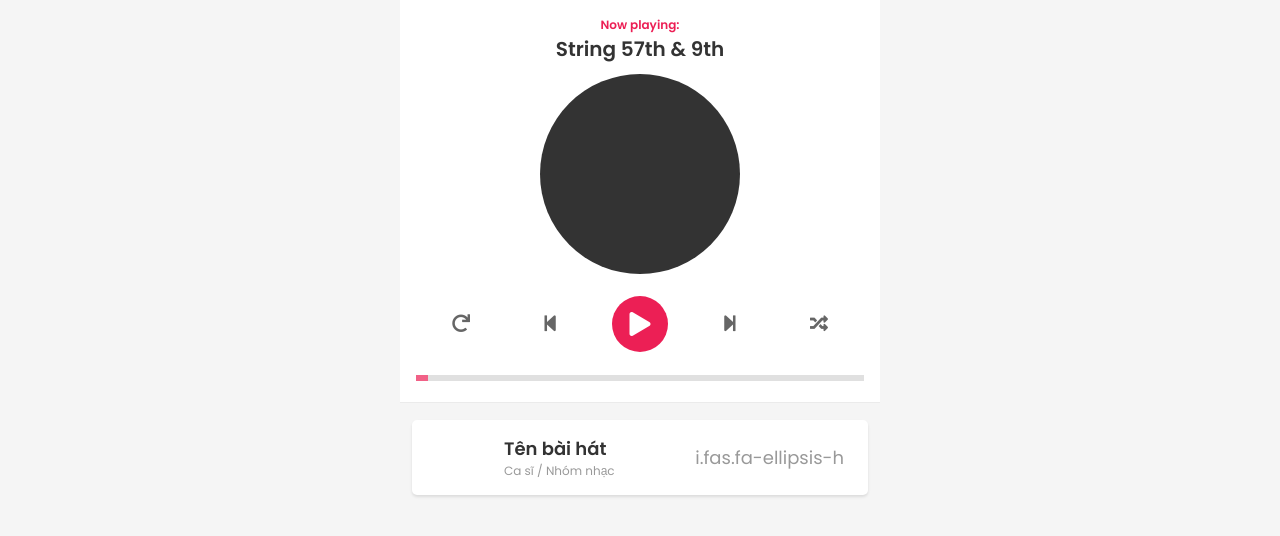
Repository: ChiNg22nd04/MusicPlayer
Page: index.html
An editor plug-in stored every save of this project. The page is shown before and after the next save, followed by the edit.
The browser window is 1280 px wide. The pictures show the whole page.

Above is the page before, as saved 2023-12-26 17:04:34.

### index.html
<!DOCTYPE html>
<html lang="en">
<head>
    <meta charset="UTF-8">
    <meta name="viewport" content="width=device-width, initial-scale=1.0">
    <title>Music player</title>
    <link rel="stylesheet" href="https://cdnjs.cloudflare.com/ajax/libs/font-awesome/5.15.2/css/all.min.css" integrity="sha512-HK5fgLBL+xu6dm/Ii3z4xhlSUyZgTT9tuc/hSrtw6uzJOvgRr2a9jyxxT1ely+B+xFAmJKVSTbpM/CuL7qxO8w==" crossorigin="anonymous" />
    <link rel="preconnect" href="https://fonts.gstatic.com">
    <link href="https://fonts.googleapis.com/css2?family=Poppins:wght@300;400;600&display=swap" rel="stylesheet">
    <link rel="stylesheet" href="./assets/css/style.css">
</head>
<body>


<div class="player">
  <!-- Dashboard -->
  <div class="dashboard">
    <!-- Header -->
    <header>
      <h4>Now playing:</h4>
      <h2>String 57th & 9th</h2>
    </header>

    <!-- CD -->
    <div class="cd">
      <div class="cd-thumb">
      </div>
    </div>

    <!-- Control -->
    <div class="control">
      <div class="btn btn-repeat">
        <i class="fas fa-redo"></i>
      </div>
      <div class="btn btn-prev">
        <i class="fas fa-step-backward"></i>
      </div>
      <div class="btn btn-toggle-play">
        <i classa="fas fa-pause icon-pause"></i>
        <i class="fas fa-play icon-play"></i>
      </div>
      <div class="btn btn-next">
        <i class="fas fa-step-forward"></i>
      </div>
      <div class="btn btn-random">
        <i class="fas fa-random"></i>
      </div>
    </div>

    <input id="progress" class="progress" type="range" value="0" step="1" min="0" max="100">

    <audio id="audio" src=""></audio>
  </div>

  <!-- Playlist -->
  <div class="playlist">
    <div class="song">
      <div class="thumb"
        style="background-image: url('');">
      </div>
      <div class="body">
        <h3 class="title">Tên bài hát</h3>
        <p class="author">Ca sĩ / Nhóm nhạc</p>
      </div>
      <div class="option">
        i.fas.fa-ellipsis-h
      </div>
    </div>
  </div>
</div>
<script src="./main.js"></script>
<!-- Design from: https://static.collectui.com/shots/3671744/musicloud-revolutionary-app-for-music-streaming-large -->
</body>
</html>

### assets/css/style.css
:root {
    --primary-color: #ec1f55;
    --text-color: #333;
  }

  * {
    padding: 0;
    margin: 0;
    box-sizing: inherit;
  }

  body {
    background-color: #f5f5f5;
  }

  html {
    box-sizing: border-box;
    font-family: "Poppins", sans-serif;
  }

  .player {
    position: relative;
    max-width: 480px;
    margin: 0 auto;
  }

  .player .icon-pause {
    display: none;
  }

  .player.playing .icon-pause {
    display: inline-block;
  }

  .player.playing .icon-play {
    display: none;
  }

  .dashboard {
    padding: 16px 16px 14px;
    background-color: #fff;
    position: fixed;
    top: 0;
    width: 100%;
    max-width: 480px;
    border-bottom: 1px solid #ebebeb;
  }

  /* HEADER */
  header {
    text-align: center;
    margin-bottom: 10px;
  }

  header h4 {
    color: var(--primary-color);
    font-size: 12px;
  }

  header h2 {
    color: var(--text-color);
    font-size: 20px;
  }

  /* CD */
  .cd {
    display: flex;
    margin: auto;
    width: 200px;
  }

  .cd-thumb {
    width: 100%;
    padding-top: 100%;
    border-radius: 50%;
    background-color: #333;
    background-size: cover;
    margin: auto;
  }

  /* CONTROL */
  .control {
    display: flex;
    align-items: center;
    justify-content: space-around;
    padding: 18px 0 8px 0;
  }

  .control .btn {
    color: #666;
    padding: 18px;
    font-size: 18px;
  }

  .control .btn.active {
    color: var(--primary-color);
  }

  .control .btn-toggle-play {
    width: 56px;
    height: 56px;
    border-radius: 50%;
    font-size: 24px;
    color: #fff;
    display: flex;
    align-items: center;
    justify-content: center;
    background-color: var(--primary-color);
  }

  .progress {
    width: 100%;
    -webkit-appearance: none;
    height: 6px;
    background: #d3d3d3;
    outline: none;
    opacity: 0.7;
    -webkit-transition: 0.2s;
    transition: opacity 0.2s;
  }

  .progress::-webkit-slider-thumb {
    -webkit-appearance: none;
    appearance: none;
    width: 12px;
    height: 6px;
    background-color: var(--primary-color);
    cursor: pointer;
  }

  /* PLAYLIST */
  .playlist {
    margin-top: 408px;
    padding: 12px;
  }

  .song {
    display: flex;
    align-items: center;
    margin-bottom: 12px;
    background-color: #fff;
    padding: 8px 16px;
    border-radius: 5px;
    box-shadow: 0 2px 3px rgba(0, 0, 0, 0.1);
  }

  .song.active {
    background-color: var(--primary-color);
  }

  .song:active {
    opacity: 0.8;
  }

  .song.active .option,
  .song.active .author,
  .song.active .title {
    color: #fff;
  }

  .song .thumb {
    width: 44px;
    height: 44px;
    border-radius: 50%;
    background-size: cover;
    margin: 0 8px;
  }

  .song .body {
    flex: 1;
    padding: 0 16px;
  }

  .song .title {
    font-size: 18px;
    color: var(--text-color);
  }

  .song .author {
    font-size: 12px;
    color: #999;
  }

  .song .option {
    padding: 16px 8px;
    color: #999;
    font-size: 18px;
  }

### main.js
//! List bài hát
const app = {
    song: [
        {
            name: 'Chịu Cách Mình Nói Thua',
            singer: 'RHYDER | ft. BAN x COOLKID ',
            path: './assets/music/ChiuCachMinhNoiThua-RHYDERCoolkidBAN-12449134.mp3',
            img:'./assets/img/ccmnt.jpeg',
        },
        {
            name: 'Chỉ Một Đêm Nữa Thôi',
            singer: 'RPT MCK, TLinh',
            path: './assets/music/ChiMotDemNuaThoi-MCK-8804087.mp3',
            img: './assets/img/cmdnt.jpeg',
        },
        {
            name: 'Thôi Em Đừng Đi',
            singer: 'RPT MCK ( ft. Trung Trần )',
            path: './assets/music/ThoiEmDungDi-MCK-8804088.mp3',
            img: './assets/img/tedd.jpeg',
        },
        {
            name: 'MUỐN ĐƯỢC CÙNG EM',
            singer: 'FREAKY x CM1X (ft. QUỲNH GAI)',
            path: './assets/music/MuonDuocCungEm-Freaky-6792500.mp3',
            img: './assets/img/mdce.jpeg',
        },
    ],
}
const $ = document.querySelector.bind(document);
const $$ = document.querySelectorAll.bind(document);

After the next save:
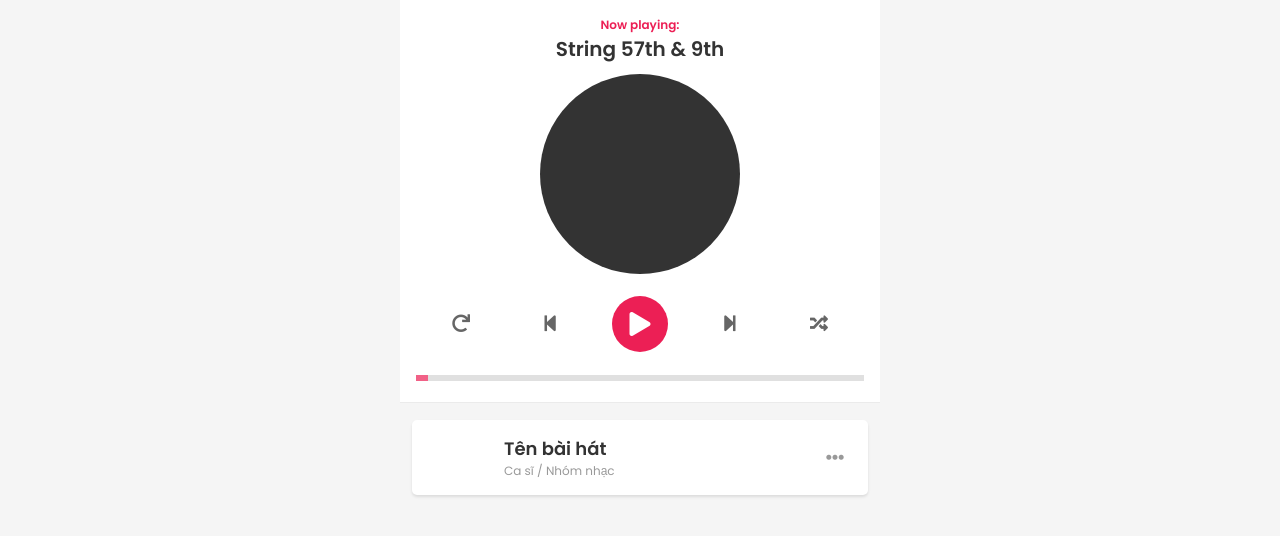
Saved 8 s later.
--- a/index.html
+++ b/index.html
@@ -63,7 +63,7 @@
         <p class="author">Ca sĩ / Nhóm nhạc</p>
       </div>
       <div class="option">
-        i.fas.fa-ellipsis-h
+        <i class="fas fa-ellipsis-h"></i>
       </div>
     </div>
   </div>
